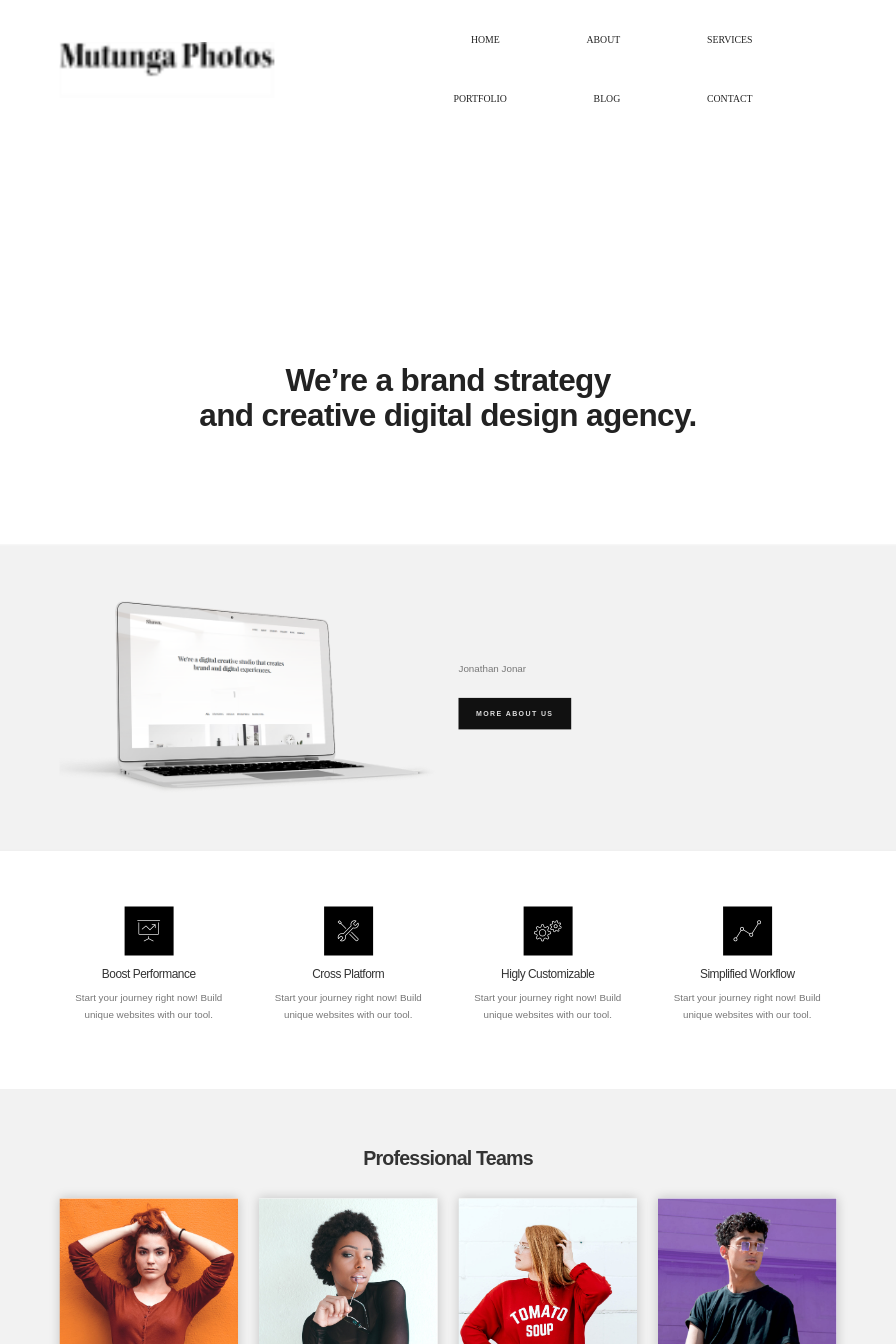
Repository: Jonar254/mutunga-concept-01
Page: about.html
The author's editor kept a copy of each file at every save. The page is drawn from the files as they stood at one save, then again after the next save.
The browser window is 1280 px wide. The pictures show the part of the page from y = 0 to 1920 px (the page is 3455 px tall), at 70% of full size.
Some web fonts or font styles are not loaded; a fallback is used.

Above is the page before, as saved 2024-07-02 18:39:34.

### about.html
<!doctype html>
<!--[if lt IE 7]>      <html class="no-js lt-ie9 lt-ie8 lt-ie7" lang=""> <![endif]-->
<!--[if IE 7]>         <html class="no-js lt-ie9 lt-ie8" lang=""> <![endif]-->
<!--[if IE 8]>         <html class="no-js lt-ie9" lang=""> <![endif]-->
<!--[if gt IE 8]><!--> <html class="no-js" lang="en"> <!--<![endif]-->

<!-- Mirrored from html.dynamiclayers.net/it/stela/about.html by HTTrack Website Copier/3.x [XR&CO'2014], Sun, 30 Jun 2024 17:14:58 GMT -->
<head>
        <meta charset="utf-8">
        <meta name="viewport" content="width=device-width, initial-scale=1">
		<meta name="description" content="">
        <meta name="author" content="IconicThemes">

        <title>Stela || minimal portfolio template</title>

		<link rel="shortcut icon" type="image/x-icon" href="img/favicon.png">

        <!-- Font Awesome Icons CSS -->
        <link rel="stylesheet" href="css/font-awesome.min.css">
        <!-- Themify Icons CSS -->
        <link rel="stylesheet" href="css/themify-icons.css">
        <!-- Elegant Font Icons CSS -->
        <link rel="stylesheet" href="css/elegant-font-icons.css">
        <!-- Elegant Line Icons CSS -->
        <link rel="stylesheet" href="css/elegant-line-icons.css">
        <!-- Animate Min CSS -->
        <link rel="stylesheet" href="css/animate.min.css">
		<!-- Bootstrap CSS -->
        <link rel="stylesheet" href="css/bootstrap.min.css">
		<!-- Venobox CSS -->
        <link rel="stylesheet" href="css/venobox/venobox.css">
		<!-- OWL-Carousel CSS -->
        <link rel="stylesheet" href="css/owl.carousel.css">
        <!-- Slick Nav CSS -->
        <link rel="stylesheet" href="css/slicknav.min.css">
		<!-- Main CSS -->
        <link rel="stylesheet" href="css/main.css">
		<!-- Responsive CSS -->
        <link rel="stylesheet" href="css/responsive.css">

        <script src="js/vendor/modernizr-2.8.3-respond-1.4.2.min.js"></script>
    </head>
    <body>
        <!--[if lt IE 8]>
            <p class="browserupgrade">You are using an <strong>outdated</strong> browser. Please <a href="http://browsehappy.com/">upgrade your browser</a> to improve your experience.</p>
        <![endif]-->

        <div class="site-preloader-wrap">
            <div class="spinner"></div>
        </div><!-- Preloader -->

        <header id="header" class="header-section">
            <div class="container">
                <div class="row d-flex align-items-center">
                    <div class="col-md-4">
                        <div class="site-branding">
                            <a href="#"><img src="img/logo.png" alt="Brand"></a>
                        </div>
                    </div>
                    <div class="col-md-8  text-right">
                        <ul id="mainmenu" class="nav navbar-nav nav-menu">
                            <li class="active"> <a href="index.html">Home</a></li>
                            <li><a href="about.html">About</a></li>
                            <li><a href="services.html">Services</a></li>
                            <li><a href="portfolio.html">Portfolio</a></li>
                            <li><a href="blog.html">Blog</a>
                                <ul>
                                   <li><a href="blog-single.html">Blog Single</a></li>
                                </ul>
                            </li>
                            <li> <a href="contact.html">Contact</a></li>
                        </ul>
                    </div>
                </div>
            </div>
        </header><!-- /Header Section -->

        <div class="header-height"></div>

        <section class="page-header bd-bottom padding">
            <div class="container">
                <div class="page-content text-center">
                    <h1>We’re a brand strategy <br> and creative digital design agency.</h1>
                </div>
            </div>
        </section><!-- /page-header -->

        <section class="about-section bg-grey bd-bottom padding">
            <div class="container">
                <div class="about-wrap row">
                    <div class="col-lg-6 sm-padding">
                        <img src="img/laptop.png" alt="img">
                    </div>
                    <div class="col-lg-6 sm-padding">
                        <div class="about-content">
                        Jonathan Jonar</h2>
                            <p></p>
                            <a href="#" class="default-btn">More About Us</a>
                        </div>
                    </div>
                </div>
            </div>
        </section><!-- /about-section -->

        <section class="service-section bd-bottom padding">
            <div class="container">
                <div class="row service-wrap">
                    <div class="col-lg-3 col-sm-6 sm-padding">
                        <div class="service-content text-center">
                            <i class="icon-presentation"></i>
                            <h3>Boost Performance</h3>
                            <p>Start your journey right now! Build unique websites with our tool.</p>
                        </div>
                    </div>
                    <div class="col-lg-3 col-sm-6 sm-padding">
                        <div class="service-content text-center">
                            <i class="icon-tools-2"></i>
                            <h3>Cross Platform</h3>
                            <p>Start your journey right now! Build unique websites with our tool.</p>
                        </div>
                    </div>
                    <div class="col-lg-3 col-sm-6 sm-padding">
                        <div class="service-content text-center">
                            <i class="icon-gears"></i>
                            <h3>Higly Customizable</h3>
                            <p>Start your journey right now! Build unique websites with our tool.</p>
                        </div>
                    </div>
                    <div class="col-lg-3 col-sm-6 sm-padding">
                        <div class="service-content text-center">
                            <i class="icon-linegraph"></i>
                            <h3>Simplified Workflow</h3>
                            <p>Start your journey right now! Build unique websites with our tool.</p>
                        </div>
                    </div>
                </div>
            </div>
        </section><!-- /service-section -->

        <section class="team-section bg-grey bd-bottom padding">
            <div class="container">
                <div class="section-heading mb-40 text-center">
                    <h2>Professional Teams</h2>
                </div>
                <div class="row team-wrap">
                    <div class="col-lg-3 col-sm-6 sm-padding">
                        <div class="team-box">
                            <img src="img/team-1.jpg" alt="img">
                            <div class="team-content">
                                <h3>Angelona Rose <span>Envato Inc</span></h3>
                            </div>
                        </div>
                    </div>
                    <div class="col-lg-3 col-sm-6 sm-padding">
                        <div class="team-box">
                            <img src="img/team-2.jpg" alt="img">
                            <div class="team-content">
                                <h3>Veera Pamela <span>Google Inc</span></h3>
                            </div>
                        </div>
                    </div>
                    <div class="col-lg-3 col-sm-6 sm-padding">
                        <div class="team-box">
                            <img src="img/team-3.jpg" alt="img">
                            <div class="team-content">
                                <h3>Any Jakson <span>Behance Inc</span></h3>
                            </div>
                        </div>
                    </div>
                    <div class="col-lg-3 col-sm-6 sm-padding">
                        <div class="team-box">
                            <img src="img/team-4.jpg" alt="img">
                            <div class="team-content">
                                <h3>Michel Brown <span>Facebook Inc</span></h3>
                            </div>
                        </div>
                    </div>
                </div>
            </div>
        </section><!-- /team-section -->

        <section class="testimonial-section bd-bottom padding">
            <div class="container">
                <div id="testimonial-carousel" class="testimonial-carousel owl-carousel">
                    <div class="testi-item text-center">
                        <i class="fa fa-quote-left"></i>
                        <p>"The design is beautiful, elegant and minimal. The customer service was amazing, asked for a <br>404 page and they provided me one free of charge. "</p>
                        <h4>Michel Brown <span>Envato Inc</span></h4>
                    </div>
                    <div class="testi-item text-center">
                        <i class="fa fa-quote-left"></i>
                        <p>"The design is beautiful, elegant and minimal. The customer service was amazing, asked for a <br>404 page and they provided me one free of charge. "</p>
                        <h4>Michel Brown <span>Envato Inc</span></h4>
                    </div>
                </div>
            </div>
        </section><!-- /testimonial-section -->

        <section class="cta-section bg-grey padding">
            <div class="container">
                <div class="cta-content text-center">
                    <h2>Whatever your needs, we're <br> looking forward to hearing from you</h2>
                    <a href="#" class="default-btn">Request a Quote</a>
                </div>
            </div>
        </section><!-- /cta-section -->

        <section class="footer-widget-section padding">
            <div class="container">
                <div class="row">
                    <div class="col-md-4 col-sm-6 xs-padding">
                        <div class="footer-widget">
                            <h2 class="text-white">Stela.</h2>
                            <div class="sep"></div>
                            <p class="mb-0">Stela will help you to make any website like creative startups, professional photographer, portfolio agency or other business very easily as it has been coded in Bootstrap and CSS3.</p>
                        </div>
                    </div>
                    <div class="col-md-4 col-sm-6 xs-padding">
                        <div class="footer-widget">
                            <ul class="address">
                                <li><i class="fa fa-phone"></i> <a href="mailto:+12345678905">+1234 567 8905</a></li>
                                <li><i class="fa fa-envelope-o"></i> <a href="mailto:email@yourdomain.com">email@yourdomain.com</a></li>
                                <li><i class="fa fa-map-marker"></i> 60 Grand Avenue. Central New Road 0708, USA</li>
                            </ul>
                            <ul class="social-icon">
                                <li class="facebook"><a href="#"><i class="fa fa-facebook"></i></a></li>
                                <li class="twitter"><a href="#"><i class="fa fa-twitter"></i></a></li>
                                <li class="instagram"><a href="#"><i class="fa fa-instagram"></i></a></li>
                                <li class="pinterest"><a href="#"><i class="fa fa-pinterest"></i></a></li>
                                <li class="dribbble"><a href="#"><i class="fa fa-dribbble"></i></a></li>
                            </ul>
                        </div>
                    </div>
                    <div class="col-md-4 col-sm-6 xs-padding">
                        <div class="footer-widget">
                            <h2 class="text-white">About me.</h2>
                            <div class="sep"></div>
                            <p class="mb-0">I believe that every client Business more management is a holistic management approach focused on aligning all aspects organization with the wants and needs of clients.</p>
                        </div>
                    </div>
                </div>
            </div>
        </section><!-- /.footer-widget-section -->

        <footer class="copyright-text text-center">
            <div class="container">
                <p>&copy; 2018 Stela By IconicThemes</p>
            </div>
        </footer><!-- /.copyright-text -->

		<a data-scroll href="#header" id="scroll-to-top"><i class="arrow_up"></i></a>

		<!-- jQuery Lib -->
		<script src="js/vendor/jquery-1.12.4.min.js"></script>
		<!-- Bootstrap JS -->
		<script src="js/vendor/bootstrap.min.js"></script>
		<!-- Tether JS -->
		<script src="js/vendor/tether.min.js"></script>
        <!-- Imagesloaded JS -->
        <script src="js/vendor/imagesloaded.pkgd.min.js"></script>
		<!-- OWL-Carousel JS -->
		<script src="js/vendor/owl.carousel.min.js"></script>
		<!-- isotope JS -->
		<script src="js/vendor/jquery.isotope.v3.0.2.js"></script>
		<!-- Smooth Scroll JS -->
		<script src="js/vendor/smooth-scroll.min.js"></script>
		<!-- venobox JS -->
		<script src="js/vendor/venobox.min.js"></script>
        <!-- Slick Nav JS -->
        <script src="js/vendor/jquery.slicknav.min.js"></script>
        <!-- Wow JS -->
		<script src="js/vendor/wow.min.js"></script>
		<!-- Contact JS -->
		<script src="js/contact.js"></script>
		<!-- Main JS -->
		<script src="js/main.js"></script>

    </body>

<!-- Mirrored from html.dynamiclayers.net/it/stela/about.html by HTTrack Website Copier/3.x [XR&CO'2014], Sun, 30 Jun 2024 17:15:01 GMT -->
</html>

### css/responsive.css
/* Charitify Theme Responsive Design */

@media (max-width: 1024px) {
   .skill-content {
    padding: 29px 20px;
}

/* ---- Start of max-width 992px CSS ---- */
@media (max-width: 992px) {
    .sm-padding{
        padding: 15px;
    }
    ul.nav > li > a {
        font-size: 10px;
        padding: 0 5px;
    }
    .blog-content p{
        font-size: 12px;
    }
    .blog-items{
        padding: 0 10px;
    }
    .list-items .blog-post .col-md-6:first-child{
        padding-left: 15px;
    }
    .bottom-header .default-btn{
        display: none;
    }
    #mainmenu li{
        padding-left: 15px;
    }
    .hero-content h1{
        font-size: 36px;
    }
    .about-bg {
        margin-bottom: 30px;
    }
    .comments-list .comment-box {
        width: 80%;
    }
    .reply-list .comment-box{
        width: 80%;
    }
    .social-icon li{
        margin-bottom: 10px;
    }

}
/* ---- End of max-width 992px CSS ---- */


/* ---- Start of min-width 480px and max-width 768px CSS ---- */
@media all and (min-width: 480px) and (max-width: 768px) {

}
/* ---- End of min-width 480px and max-width 768px CSS ---- */


/* ---- Start of max-width 767px CSS ---- */
@media all and (max-width: 767px) {
    body, p{
        font-size: 12px;
        line-height: 22px;
    }
    h1{
        font-size: 30px;
        line-height: 40px;
    }
    h2 br,
    h1 br{
        display: none;
    }
    h2{
        font-size: 20px;
    }
    h3{
        font-size: 16px;
    }
    p br{
        display: none;
    }
    .hero-section,
    .page-header.
    .padding{
        padding: 60px 0;
    }
    .portfolio-section{ padding-top: 0; }
    .xs-padding{
    	padding: 15px;
    }
    .site-branding {
        padding: 17px 0;
    }
    .js #mainmenu {
        display:none;
    }
    .js .slicknav_menu {
        display:block;
    }
    .main-header .social-icon{
        display: none;
    }
    #scroll-to-top {
        width: 35px;
        height: 35px;
        font-size: 10px;
        line-height: 35px;
        bottom: 20px;
        right: 20px;
    }
}
/* ---- End of max-width 767px CSS ---- */


/* ---- Start of max-width 580px CSS ---- */
@media all and (max-width: 580px) {
    .coment-form .form-group .col-sm-4{
        margin-bottom: 15px;
        margin-top: auto;
    }
    .comment-form .form-group .col-sm-4:nth-child(1),
    .comment-form .form-group .col-sm-4:nth-child(2){
        margin-bottom: 15px;
    }
    .slider-text h1{
        font-size: 16px;
    }
    .slider-text p{
        display: none;
    }
    .top-content-wrap ul li{
        margin-right: 18px;
    }
    .reply-list {
        padding-left: 20px;
    }

}
/* ---- End of max-width 580px CSS ---- */


/* ---- Start of max-width 420px CSS ---- */
@media all and (max-width: 420px) {

}
/* ---- End of max-width 420px CSS ---- */


/* ---- Start of max-width 380px CSS ---- */
@media all and (max-width: 380px) {
	.slider_content .btn_group a {
        margin: 0 10px 10px 0;
    }
}
/* ---- End of max-width 380px CSS ---- */

Loaded but not shown: css/font-awesome.min.css (library); css/themify-icons.css (library); css/animate.min.css (library); css/bootstrap.min.css (library); css/venobox/venobox.css (common file); css/owl.carousel.css (library); css/slicknav.min.css (common file); js/vendor/modernizr-2.8.3-respond-1.4.2.min.js (library); js/vendor/jquery-1.12.4.min.js (library); js/vendor/bootstrap.min.js (library); js/vendor/tether.min.js (library); js/vendor/imagesloaded.pkgd.min.js (library); js/vendor/owl.carousel.min.js (library); js/vendor/jquery.isotope.v3.0.2.js (library); js/vendor/smooth-scroll.min.js (library); js/vendor/venobox.min.js (library); js/vendor/jquery.slicknav.min.js (library); js/vendor/wow.min.js (library); js/main.js (164 lines, source omitted); js/contact.js (49 lines, source omitted); css/main.css (1443 lines, source omitted); css/elegant-font-icons.css (1157 lines, source omitted); css/elegant-line-icons.css (343 lines, source omitted)

After the next save:
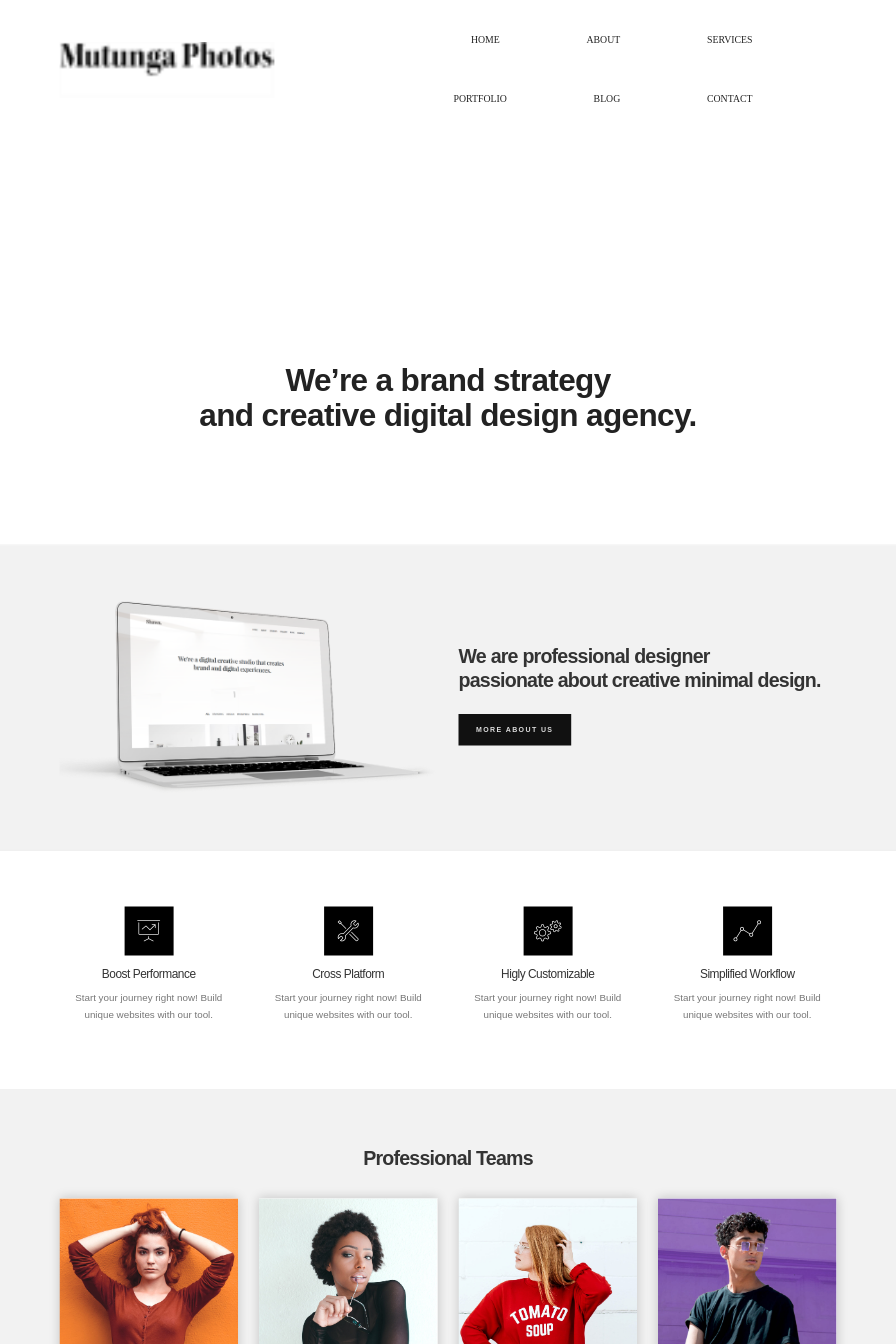
Saved 13 s later.
--- a/about.html
+++ b/about.html
@@ -93,7 +93,7 @@
                     </div>
                     <div class="col-lg-6 sm-padding">
                         <div class="about-content">
-                        Jonathan Jonar</h2>
+                            <h2>We are professional designer<br> passionate about creative minimal design.</h2>
                             <p></p>
                             <a href="#" class="default-btn">More About Us</a>
                         </div>
